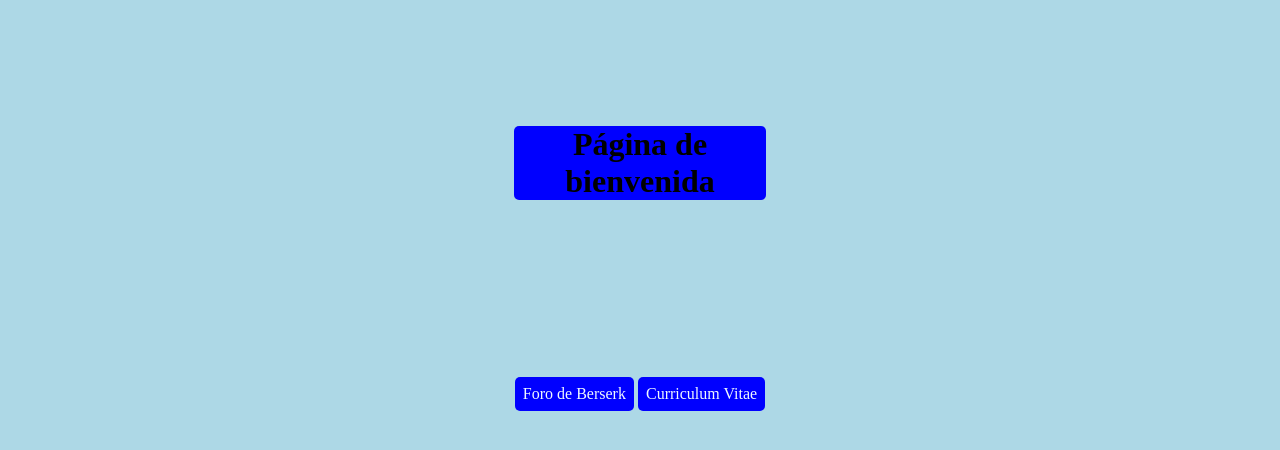
Repository: MateoSantander/Ejercicios4y5
Page: http://localhost/Ejercicio_4/
An editor plug-in stored every save of this project. The page is shown before and after the next save, followed by the edit.
The browser window is 1280 px wide. The pictures show the whole page.
The page is served by Tomcat 9.

Above is the page before, as saved 2022-03-18 14:55:51.

After the next save:
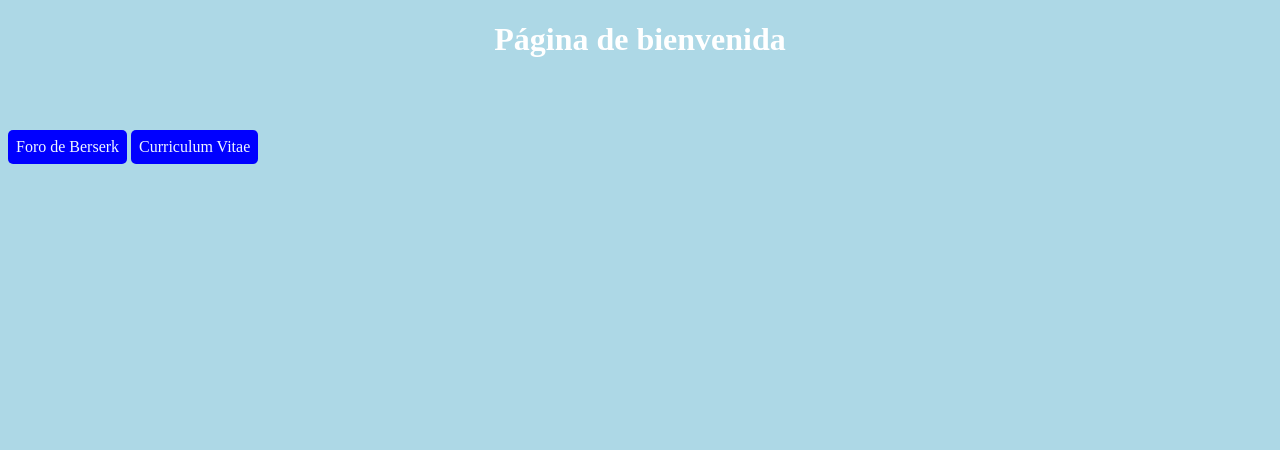
Saved 59 s later.
--- a/Ejercicio_4/src/main/webapp/css/index.css
+++ b/Ejercicio_4/src/main/webapp/css/index.css
@@ -5,18 +5,11 @@ background-color: lightblue;
 }
 
 header>h1{
-        color:rgb(rgb(255, 255, 255), green, blue);
+        color:white;
         text-align:center;
         border-radius: 5px;
-        background-color:blue;
   }
 
-header,nav{
-	text-align:center;
-	margin-left: 40%;
-    margin-right: 40%;
-    margin-top: 10%;
-}
 
 nav>a{
     margin-top: 50px;
